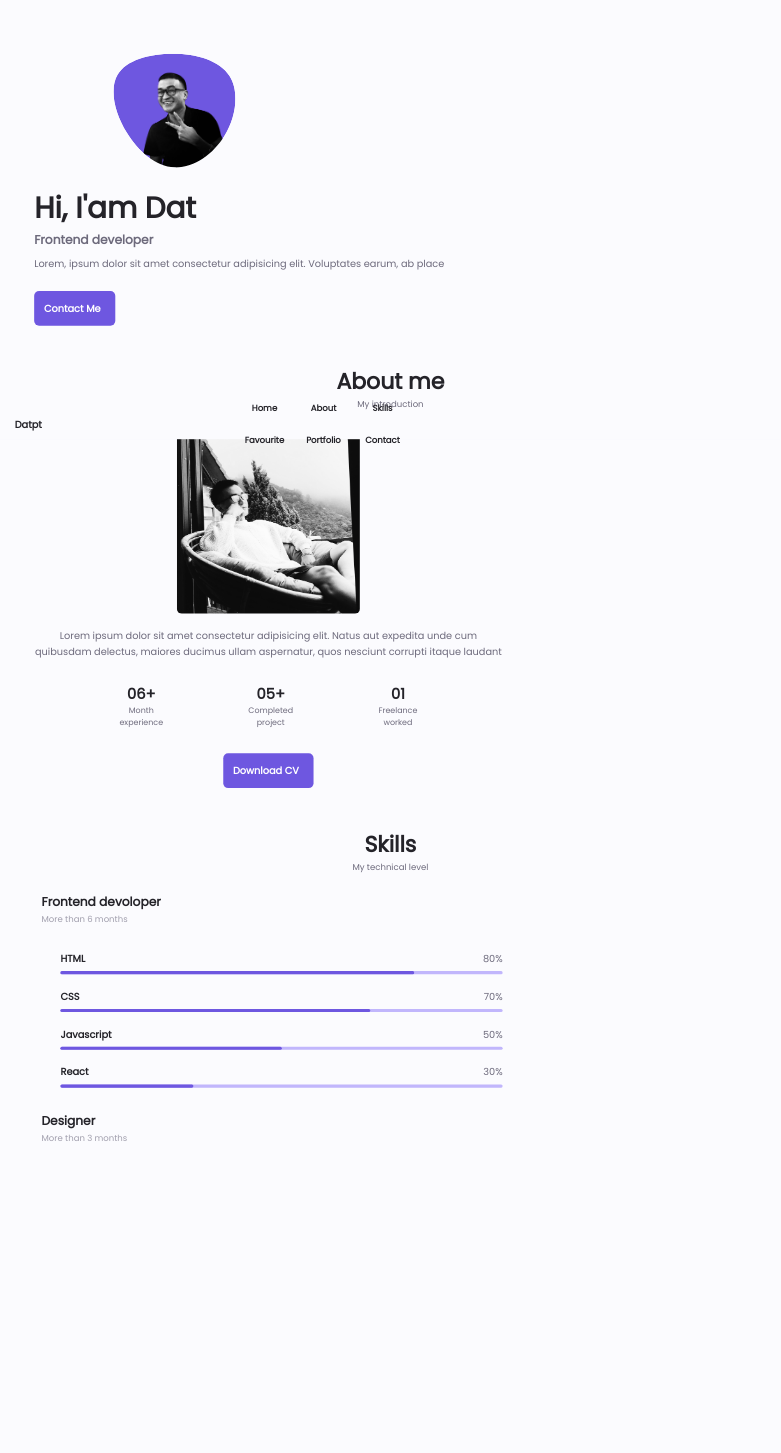
Repository: Datt21/portfolio
Page: index.html
The author's editor kept a copy of each file at every save. The page is drawn from the files as they stood at one save, then again after the next save.
The browser window is 1280 px wide. The pictures show the whole page, at 61% of full size.
Some icons come from a web library that is not loaded, so they are not drawn.

Above is the page before, as saved 2021-07-10 18:03:09.

After the next save:
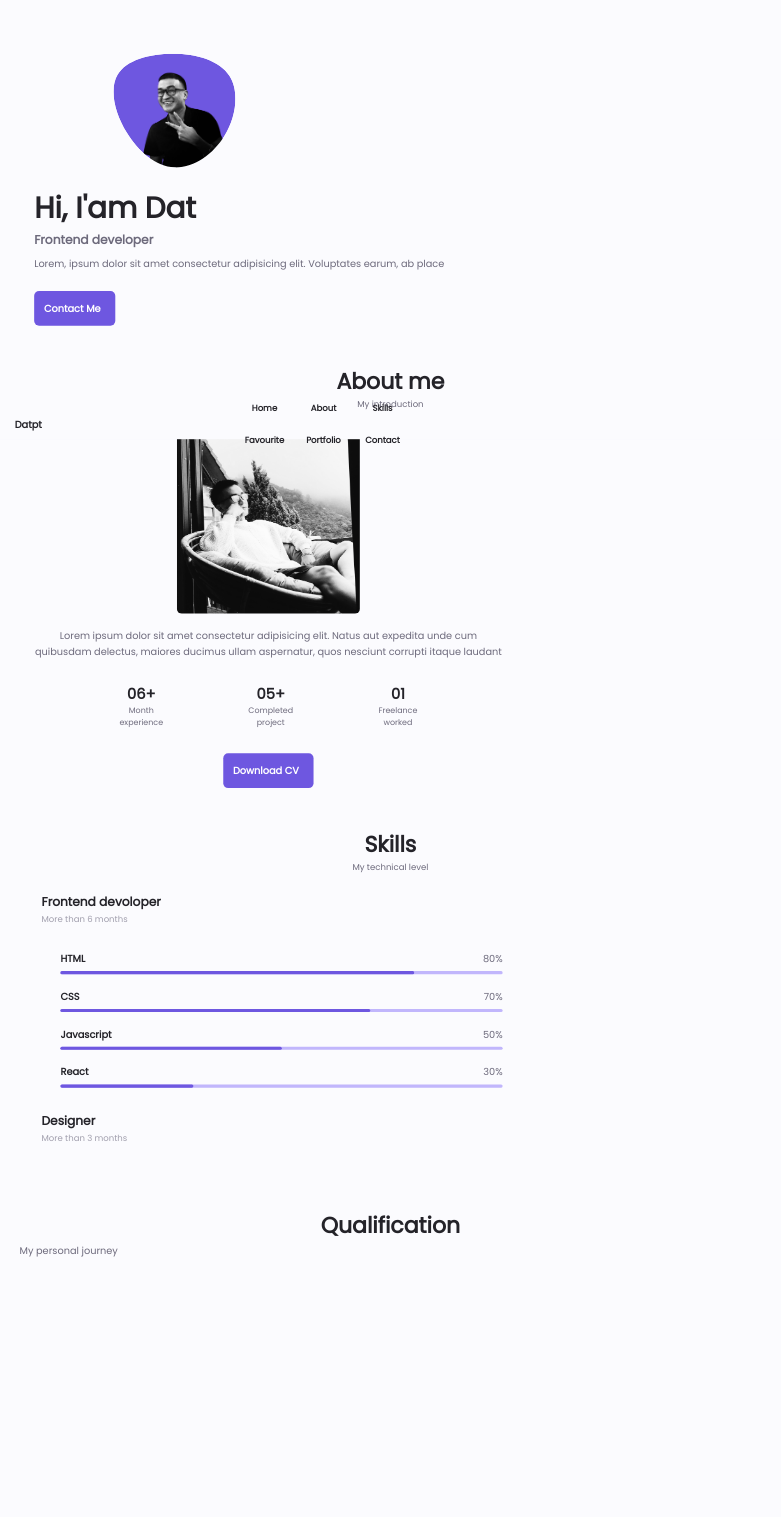
Saved 11 min 37 s later.
--- a/index.html
+++ b/index.html
@@ -268,6 +268,17 @@
 
         <!--==================== QUALIFICATION ====================-->
         <section class="qualification section">
+            <h2 class="section__title">Qualification</h2>
+            <span class="section__subtitlr">My personal journey</span>
+
+            <div class="qualification__container container">
+                <div class="qualification__tabs">
+                    <div class="qualification__button button--flex">
+                        <i class="uil uil-graduation-cap qualification__icon"></i>
+
+                    </div>
+                </div>
+            </div>
 
 
         </section>
